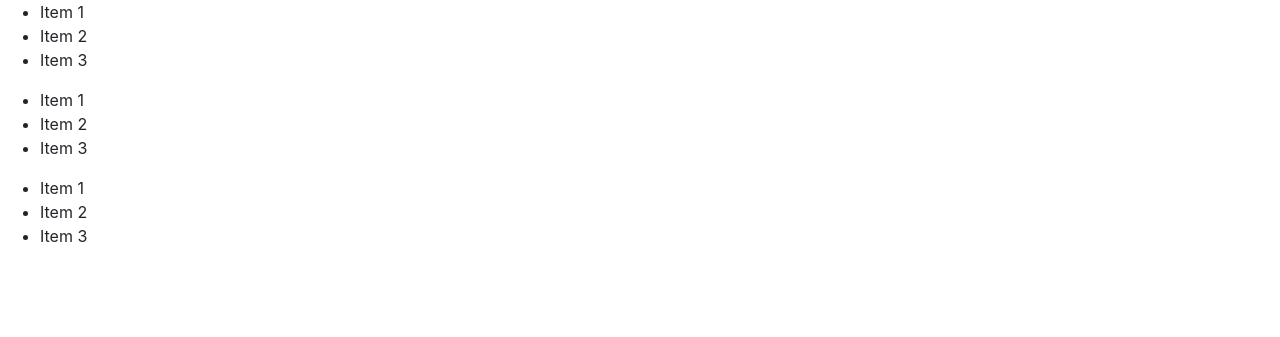
Repository: wolwerr/VueJs-Ninja
Page: Aula-13.html
The author's editor kept a copy of each file at every save. The page is drawn from the files as they stood at one save, then again after the next save.
The browser window is 1280 px wide. The pictures show the whole page.

Above is the page before, as saved 2021-10-25 20:56:22.

### Aula-13.html
<!DOCTYPE html>
<html lang="en">
<head>
    <meta charset="UTF-8">
    <meta http-equiv="X-UA-Compatible" content="IE=edge">
    <meta name="viewport" content="width=device-width, initial-scale=1.0">
    <meta http-equiv="X-UA-Compatible" content="IE=edge">
    <title>Aulas de Vuejs</title>
    <link rel="stylesheet" href="https://maxcdn.bootstrapcdn.com/bootstrap/4.0.0/css/bootstrap.min.css" integrity="sha384-Gn5384xqQ1aoWXA+058RXPxPg6fy4IWvTNh0E263XmFcJlSAwiGgFAW/dAiS6JXm" crossorigin="anonymous">
</head>
<body>
    <div id="app">
        <navbar></navbar>
        <menu-bar></menu-bar>
        <menu-bar></menu-bar>
        <menu-bar></menu-bar>
        </div>

        <template id="nav">
            <nav class="navbar navbar-expand-lg navbar-light bg-light">
                <a class="navbar-brand" href="#">Navbar</a>
                <button class="navbar-toggler" type="button" data-toggle="collapse" data-target="#navbarSupportedContent" aria-controls="navbarSupportedContent" aria-expanded="false" aria-label="Toggle navigation">
                  <span class="navbar-toggler-icon"></span>
                </button>

                <div class="collapse navbar-collapse" id="navbarSupportedContent">
                  <ul class="navbar-nav mr-auto">
                    <li class="nav-item active">
                      <a class="nav-link" href="#">Home <span class="sr-only">(current)</span></a>
                    </li>
                    <li class="nav-item">
                      <a class="nav-link" href="#">Link</a>
                    </li>
                    <li class="nav-item dropdown">
                      <a class="nav-link dropdown-toggle" href="#" id="navbarDropdown" role="button" data-toggle="dropdown" aria-haspopup="true" aria-expanded="false">
                        Dropdown
                      </a>
                      <div class="dropdown-menu" aria-labelledby="navbarDropdown">
                        <a class="dropdown-item" href="#">Action</a>
                        <a class="dropdown-item" href="#">Another action</a>
                        <div class="dropdown-divider"></div>
                        <a class="dropdown-item" href="#">Something else here</a>
                      </div>
                    </li>
                    <li class="nav-item">
                      <a class="nav-link disabled" href="#">Disabled</a>
                    </li>
                  </ul>
                  <form class="form-inline my-2 my-lg-0">
                    <input class="form-control mr-sm-2" type="search" placeholder="Search" aria-label="Search">
                    <button class="btn btn-outline-success my-2 my-sm-0" type="submit">Search</button>
                  </form>
                </div>
              </nav>
        </template>

        <template id="menu">
            <ul>
                <li>Item 1</li>
                <li>Item 2</li>
                <li>Item 3</li>
            </ul>
        </template>

    <script src="https://unpkg.com/vue"></script>

    <script>
        Vue.component('navbar', {
            template: '#navbar'
        });
        Vue.component('menu-bar', {
            template:"#menu"
        });
        var app = new Vue({
            el: "#app",

            data: {
                titulo: "Aulas de Vuejs",



            }
        });
    </script>
</body>
</html>

After the next save:
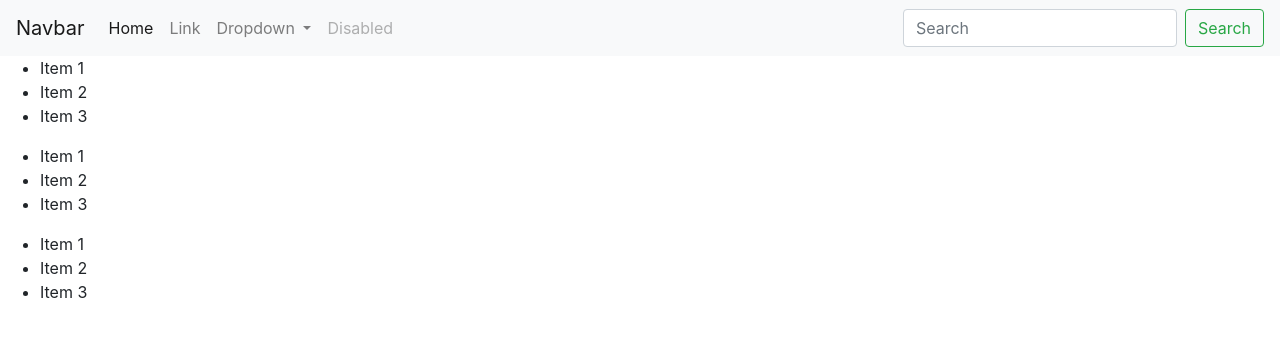
Saved 38 s later.
--- a/Aula-13.html
+++ b/Aula-13.html
@@ -16,7 +16,7 @@
         <menu-bar></menu-bar>
         </div>
 
-        <template id="nav">
+        <template id="navbar">
             <nav class="navbar navbar-expand-lg navbar-light bg-light">
                 <a class="navbar-brand" href="#">Navbar</a>
                 <button class="navbar-toggler" type="button" data-toggle="collapse" data-target="#navbarSupportedContent" aria-controls="navbarSupportedContent" aria-expanded="false" aria-label="Toggle navigation">
